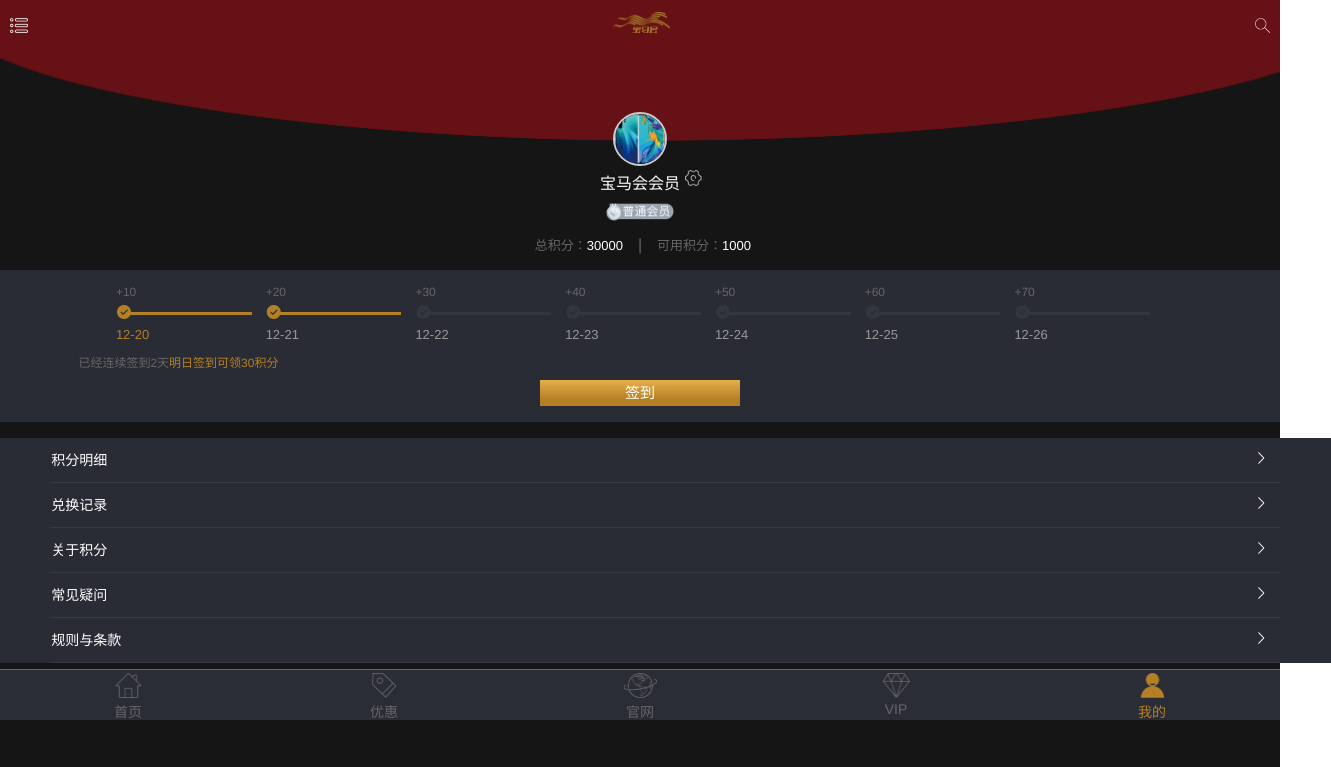
Repository: ada6688/IntegralMall
Page: /Member
The author's editor kept a copy of each file at every save. The page is drawn from the files as they stood at one save, then again after the next save.
The browser window is 1280 px wide. The page is 1331 px wide, then 1280 px, so the pictures cover 1331 px, including what lies to the right of the window. The pictures show the whole page.
The project was rebuilt for these pictures with package versions that can differ from the ones it lists, and the page was loaded fresh each time. Also part of the build but not shown: src/components/page/notice.vue, src/components/page/shouye.vue, src/components/page/Vip.vue, src/components/page/Youhui.vue, src/router/index.js.

Above is the page before, as saved 2020-01-04 19:11:12.

### index.html
<!DOCTYPE html>
<html>
  <head>
    <meta charset="utf-8">
    <meta name="viewport" content="width=device-width,initial-scale=1.0">
    <title>integralmall</title>
  </head>
  <body>
    <div id="app"></div>
    <!-- built files will be auto injected -->
  </body>
</html>

### src/main.js
// The Vue build version to load with the `import` command
// (runtime-only or standalone) has been set in webpack.base.conf with an alias.
import Vue from 'vue'
import App from './App'
import router from './router'
import ElementUI from 'element-ui'
import 'element-ui/lib/theme-chalk/index.css'
import {Cell, CellGroup, Tabbar, TabbarItem, PullRefresh, Stepper, Tab, Tabs, Button, Row, Col, Swipe, SwipeItem, Lazyload, List, Field, NavBar} from 'vant'
import '../src/assets/css/common.css'
import '../src/assets/css/index.css'
import 'swiper/dist/css/swiper.css'
import VueAwesomeSwiper from 'vue-awesome-swiper'
// import BScroll from 'better-scroll'

// Vue.use(BScroll)
Vue.use(VueAwesomeSwiper)
Vue.use(ElementUI)
Vue.use(Cell).use(CellGroup).use(Tabbar).use(TabbarItem).use(Stepper).use(PullRefresh).use(Tab).use(Tabs).use(Field).use(NavBar).use(Button).use(Row).use(Col).use(Swipe).use(SwipeItem).use(Lazyload).use(List)

Vue.config.productionTip = false

/* eslint-disable no-new */
new Vue({
  el: '#app',
  router,
  components: {
    App
  },
  template: '<App/>'
})
router.beforeEach((to, from, next) => {
  let str = '<p>个人中心</p>'
  if (to.meta.title) {
    document.getElementById('top-logo-change').innerHTML = to.meta.title
    if (to.meta.title === str) {
      document.getElementById('top-nav-right').innerHTML = '<img src="/static/topnav/kf.png" alt="搜索">'
    } else {
      document.getElementById('top-nav-right').innerHTML = '<img src="/static/topnav/ss.png" alt="搜索">'
    }
    // document.title = to.meta.title
  }
  next()
})

### src/App.vue
<template>
  <div id="app">
    <TopNav></TopNav>
    <router-view/>
    <BottomNav></BottomNav>
  </div>
</template>

<script>
import BottomNav from '@/components/common/Bottomnav'
import TopNav from '@/components/common/Topnav'
export default {
  name: 'App',
  components: {
    BottomNav,
    TopNav
  }
}
</script>

<style>
#app {
  font-family: 'Avenir', Helvetica, Arial, sans-serif;
  -webkit-font-smoothing: antialiased;
  -moz-osx-font-smoothing: grayscale;
  text-align: center;
  color: #2c3e50;
  background: #151515;
  height: 100vh;
}
</style>

### src/assets/css/common.css
body,p,ul{
  margin: 0;
  padding: 0;
}
li{
  list-style: none;
}
/* 顶部栏 */
.top-nav{
  width: 100%;
  height: 3rem;
  line-height: 3.5rem;
  background-color: #671116;
  position: fixed;
  top: 0;
  z-index: 99;
}
.top-nav-logo{
  color: #B58024;
}
.top-nav > div{
  display: inline-block;
  height: 100%;
}
.top-nav-left{
  float: left;
  margin-left: 10px;
}
.top-nav-right{
  float: right;
  margin-right: 10px;
}
.banner-item > img{
  width: 100%;
}
.swiper-container{
  height: 7.28rem;
}
.top-nav-t{
  color: #B58024;
}
/* 每个一级页面共有class */
.main-wrap{
  margin-top: 3rem;
  margin-bottom: 3.125rem;
  background: #151515;
}
/* 公告 */
.Notice-sign{
  width: 2rem;
  height: 100%;
  background: url('../images/topnav/lb.png') center no-repeat;
  float: left;
  box-shadow: 1px 0px 5px rgba(0,0,0,0.8);
}
.Notice-textBox {
  width: 100%;
  height: 1.3rem;
  line-height: 1.3rem;
  font-size: .5rem;
  color: #999999;
  background: #2A2D36;
  overflow: hidden;
  position: relative;
  text-align: left;
  z-index: 9;
}
.Notice-text {
  width: 100%;
  padding-left: 42px;
  position: absolute;
  bottom: 0;
}
.slide-enter-active, .slide-leave-active {
  transition: all 0.5s linear;
}
.slide-enter{
  transform: translateY(20px) scale(1);
  opacity: 1;
}
.slide-leave-to {
  transform: translateY(-20px) scale(0.8);
  opacity: 0;
}
/* 底部导航 */
.bottom-tab{
  width:100%;
  height:3.125rem;
  background-color:#2A2D36;
  border-top: 1px solid #656666;
  position: fixed;
  left:0px;
  bottom:0px;
}
.tab-item{
  width: 20%;
  float: left;
  align-items:center;
  justify-content:center;
  font-size:14px;
  color:#666;
  z-index: 999;
}
.NavSigh{
    width:33px;
    margin-top:3px;
}
.on{
  color:#b58023;
}

### src/assets/css/index.css
/****************** 首页商品 *****************/
.products-item{
  width: 46.9%;
  height: 100px;
  padding-right: 2.9%;
  border-right: 1px solid #161616;
  border-bottom: 1px solid #161616;
  background: #292C35;
  float: left;
}
.products-item-even{
  width: 46.9%;
  height: 100px;
  border-bottom: 1px solid #161616;
  background: #292C35;
  padding-left: 2.9%;
  float: left;
}
.product-item-text{
  width: 50%;
  height: 70px;
  color: #ffffff;
  margin-top: 15px;
  float: left;
  text-align: left;
}
.product-item-text p{
  height: 43px;
  font-size: 15px;
  margin-bottom: 5px;
  display: -webkit-box;/*作为弹性伸缩盒子模型显示*/
  -webkit-line-clamp: 2; /*显示的行数；如果要设置2行加...则设置为2*/
  overflow: hidden; /*超出的文本隐藏*/
  text-overflow: ellipsis; /* 溢出用省略号*/
  -webkit-box-orient: vertical;
}
.product-item-text span{
  color: #B58024;
  font-size: 13px;
}
.product-item-img{
  width: 12%;
  height: 100px;
  display: table-cell;
  vertical-align: middle;
  /* float: left; */
}
.product-item-img img{
  max-width: 100%;
}
/******************* 优惠 *******************/
.yh-wrap div{
  padding: 1rem 1rem 0 1rem;
}
.yh-wrap img{
  width: 100%;
}
/******************* VIP *******************/
.level-welfare-wrap, .level-require-wrap{
  padding-bottom: 20px;
}
.VipTop-level-sign{
  display: inline-block;
}
.VipTop-level-text{
  position: absolute;
  bottom: -5px;
}
.vip-level-wrap ul li{
  float: left;
  width: 33.33%;
  height: 79px;
}
.vip-level-wrap ul div{
  width: 34px;
  height: 34px;
  border: 1px solid #CCCCCC;
  border-radius: 17px;
  margin-bottom: 9px;
  display: inline-block;
  vertical-align: middle;
}
.vip-level-wrap ul img{
  margin-top: 7px;
}
.vip-level-wrap ul li>p{
  color: #CCCCCC;
  font-size: 13px;
}
.Vip-level-T{
  color: #ffffff;
  font-size: 16px;
  font-weight: bold;
  text-align: left;
  padding: 15px 0 10px 17px;
  background: #2A2C35;
}
.Vip-level-tips{
  color: #F5BF1B;
  font-size: 13px;
  text-align: left;
  padding: 15px 20px 10px 17px;
  background: #2A2C35;
}
.level-rules-wrap{
  color: #CCCCCC;
  font-size: 12px;
  background: #2A2C35;
  text-align: left;
  padding: 15px 17px 16px 17px;
  margin-bottom: 50px;
}
.level-rules-wrap span{
  font-size: 16px;
  color: #ffffff;
  display: inline-block;
  margin-bottom: 9px;
}
.level-rules-wrap p{
  line-height: 24px;
  /* margin-top: 5px; */
}
.level-rules-wrap p:last-child{
  margin-bottom: 10px;
}
/******************* 个人中心 *******************/
.member-person-info{
  padding-top: 9vh;
  margin-top: -1px;
  background: url('../images//member/member-bg.png') no-repeat;
  background-size: 100% 100%;
}
.member-half-circle{
  width: 111%;
  height: 31%;
  border-radius: 50%;
  position: fixed;
  top: -13%;
  background: #661115;
  left: -5.8%;
  z-index: -1;
}
.member-wrap{
  width: 100%;
}
.member-img > img{
  width: 7vh;
  height: 7vh;
  border-radius: 100%;
  border: 2px solid #CCCCCC;
}
.member-name{
  color: #ffffff;
  font-size: 16px;
  position: relative;
}
.member-name img{
  position: absolute;
  margin-left: 5px;
  bottom: 8px;
}
.member-level-sign{
  margin: 8px 0 10px 0;
}
.member-integral{
  text-align: center;
}
.member-integral-slice{
  display: inline-block;
  color: #666666;
  margin: 0 15px;
}
.member-integral span{
  font-size: 13px;
  color: #ffffff;
}
.member-integral p{
  font-size: 13px;
  color: #666666;
  display: inline-block;
}
.member-total{
  width: 42%;
  display: inline-block;
  text-align: right;
}
.member-useful{
  width: 42%;
  display: inline-block;
  text-align: left;
}
.member-signIn{
  background: #2A2C35;
  padding: 15px 1rem 1rem 1rem;
  margin: 16px 0;
}
.member-signIn-status-1{
  width: 12%;
  text-align: left;
  display: inline-block;
}
.member-signIn-in{
  color: #666666;
  font-size: 12px;
  margin-bottom: 5px;
}
.member-signIn-date{
  color: #999899;
  font-size: 13px;
  margin-top: 5px;
}
.member-signIn-date-active{
  color: #B58024;
  font-size: 13px;
  margin-top: 5px;
}
.el-icon-success{
  color: #34363D;
}
.member-signIn-line{
  width: 84%;
  height: 3px;
  display: inline-block;
  background: #34363D;
  margin: 0 -34px 3px -6px;
}
.member-signIn-icon-active{
  color: #B58024 !important;
}
.member-signIn-active{
  background: #B58024 !important;
}
.member-signIn-tips{
  font-size: 12px;
  text-align-last: justify;
  padding: 0 5%;
  margin-top: 10px;
}
.member-signIn-tips p{
  display: inline-block;
}
.member-signIn-tips p:first-child{
  color: #666666;
}
.member-signIn-tips p:last-child{
  color: #B58024;
}
.member-signIn-button{
  width:200px;
  height:26px;
  line-height: 26px;
  color: #ffffff;
  font-size: 15px;
  margin: 0 auto;
  background:linear-gradient(0deg,rgba(181,128,36,1) 26%,rgba(231,174,75,1) 100%);
  margin-top: 10px;
}
.member-more-detail{
  width: 96%;
  line-height: 44px;
  color: #ffffff;
  background: #2A2C35;
  padding: 0 4%;
}
.member-jifen,.member-duihuan,.member-guanyu,.member-yiwen,.member-guize{
  height: 44px;
  border-bottom: 1px solid #373B45;
}
.member-jifen-T{
  font-size: 14px;
  float: left;
  margin-right: 66%;
}
.el-icon-arrow-right{
  width: 7px;
  height: 7px;
  position: absolute;
  right: 20px;
  margin-top: 12px;
}

### src/components/common/Bottomnav.vue
<template>
  <div class="bottom-tab">
    <div class="tab-item" @click="switchTo('/shouye')">
      <img class="NavSigh" :src="'/shouye' === $route.path ? tabBarImgArr[0].selected : tabBarImgArr[0].normal" alt="首页">
      <p :class="{on: '/shouye' === $route.path}">首页</p>
    </div>
    <div class="tab-item" @click="switchTo('/Youhui')">
      <img class="NavSigh" :src="'/Youhui' === $route.path ? tabBarImgArr[1].selected : tabBarImgArr[1].normal" alt="推荐">
      <p :class="{on: '/Youhui' === $route.path}">优惠</p>
    </div>
    <div class="tab-item">
      <img class="NavSigh" :src="'/' === $route.path ? tabBarImgArr[2].selected : tabBarImgArr[2].normal" alt="搜索">
      <p :class="{on: '/' === $route.path}">官网</p>
    </div>
    <div class="tab-item" @click="switchTo('/Vip')">
      <img class="NavSigh" :src="'/Vip' === $route.path ? tabBarImgArr[3].selected : tabBarImgArr[3].normal" alt="聊天">
      <p :class="{on: '/Vip' === $route.path}">VIP</p>
    </div>
    <div class="tab-item" @click="switchTo('/Member')">
      <img class="NavSigh" :src="'/Member' === $route.path ? tabBarImgArr[4].selected : tabBarImgArr[4].normal" alt="我的">
      <p :class="{on: '/Member' === $route.path}">我的</p>
    </div>
  </div>
</template>
<script>
export default {
  data () {
    return {
      tabBarImgArr: [
        {normal: require('../../assets/images/navLogo/sy_x.png'), selected: require('../../assets/images/navLogo/sy.png')},
        {normal: require('../../assets/images/navLogo/yh_x.png'), selected: require('../../assets/images/navLogo/yh.png')},
        {normal: require('../../assets/images/navLogo/gw_x.png'), selected: require('../../assets/images/navLogo/gw.png')},
        {normal: require('../../assets/images/navLogo/zs_x.png'), selected: require('../../assets/images/navLogo/zs.png')},
        {normal: require('../../assets/images/navLogo/wd_x.png'), selected: require('../../assets/images/navLogo/wd.png')}
      ]
    }
  },
  methods: {
    switchTo (path) {
      this.$router.replace(path)
    }
  }
}
</script>
<style>

</style>

### src/components/common/Topnav.vue
<template>
  <div class="top-nav">
    <div class="top-nav-left">
      <img src="../../assets/images/topnav/cd.png" alt="菜单">
    </div>
    <div id="top-logo-change" class="top-nav-logo">
      <img src="../../assets/images/topnav/logo.png" alt="logo">
    </div>
    <div id="top-nav-right" class="top-nav-right">
      <img src="../../assets/images/topnav/ss.png" alt="搜索">
    </div>
  </div>
</template>
<script>
export default {
  data () {
    return {
      tabBarImgArr: [
        {normal: require('../../assets/images/topnav/logo.png')},
        {normal: require('../../assets/images/topnav/ss.png')},
        {normal: require('../../assets/images/topnav/cd.png')}
      ]
    }
  }
}
</script>
<style>

</style>

### src/components/page/Member.vue
<template>
  <div class="main-wrap">
    <div class="member-wrap">
    <!-- <div class="member-half-circle"></div> -->
      <!-- 会员信息 -->
      <div class="member-person-info">
        <!-- 会员头像 -->
        <div class="member-img">
          <img src="../../assets/images/products/hw.png" alt="">
        </div>
        <!-- 会员名称与设置图标 -->
        <p class="member-name">
          <span>宝马会会员</span>
          <img src="../../assets/images/member/sz.png" alt="">
        </p>
        <!-- 会员等级图标 -->
        <div class="member-level-sign">
          <img src="../../assets/images/member/pt.png" alt="">
        </div>
        <div class="member-integral">
          <div class="member-total">
            <p>总积分：</p>
            <span>30000</span>
          </div>
          <div class="member-integral-slice">|</div>
          <div class="member-useful">
            <p>可用积分：</p>
            <span>1000</span>
          </div>
        </div>
      </div>
      <!-- 签到 -->
      <div class="member-signIn">
        <div class="member-signIn-status">
          <!-- 签到进度条 -->
          <div class="member-signIn-status-1">
            <p class="member-signIn-in">+10</p>
            <i class="el-icon-success member-signIn-icon-active"></i>
            <span class="member-signIn-line member-signIn-active"></span>
            <p class="member-signIn-date-active">12-20</p>
          </div>
          <div class="member-signIn-status-1">
            <p class="member-signIn-in">+20</p>
            <i class="el-icon-success member-signIn-icon-active"></i>
            <span class="member-signIn-line member-signIn-active"></span>
            <p class="member-signIn-date">12-21</p>
          </div>
          <div class="member-signIn-status-1">
            <p class="member-signIn-in">+30</p>
            <i class="el-icon-success"></i>
            <span class="member-signIn-line"></span>
            <p class="member-signIn-date">12-22</p>
          </div>
          <div class="member-signIn-status-1">
            <p class="member-signIn-in">+40</p>
            <i class="el-icon-success"></i>
            <span class="member-signIn-line"></span>
            <p class="member-signIn-date">12-23</p>
          </div>
          <div class="member-signIn-status-1">
            <p class="member-signIn-in">+50</p>
            <i class="el-icon-success"></i>
            <span class="member-signIn-line"></span>
            <p class="member-signIn-date">12-24</p>
          </div>
          <div class="member-signIn-status-1">
            <p class="member-signIn-in">+60</p>
            <i class="el-icon-success"></i>
            <span class="member-signIn-line"></span>
            <p class="member-signIn-date">12-25</p>
          </div>
          <div class="member-signIn-status-1">
            <p class="member-signIn-in">+70</p>
            <i class="el-icon-success"></i>
            <span class="member-signIn-line"></span>
            <p class="member-signIn-date">12-26</p>
          </div>
          <div class="member-signIn-tips">
            <p>已经连续签到2天</p>
            <p>明日签到可领30积分</p>
          </div>
          <!-- 签到按钮 -->
          <div class="member-signIn-button">签到</div>
        </div>
      </div>
      <!-- 积分明细，兑换记录，积分详情疑问规则等 -->
      <div class="member-more-detail">
        <div class="member-jifen">
          <div  class="member-jifen-T">积分明细</div>
          <i class="el-icon-arrow-right"></i>
        </div>
        <div class="member-duihuan">
          <div  class="member-jifen-T">兑换记录</div>
          <i class="el-icon-arrow-right"></i>
        </div>
        <div class="member-guanyu">
          <div  class="member-jifen-T">关于积分</div>
          <i class="el-icon-arrow-right"></i>
        </div>
        <div class="member-yiwen">
          <div  class="member-jifen-T">常见疑问</div>
          <i class="el-icon-arrow-right"></i>
        </div>
        <div class="member-guize">
          <div  class="member-jifen-T">规则与条款</div>
          <i class="el-icon-arrow-right"></i>
        </div>
      </div>
    </div>
  </div>
</template>
<script>
export default {
  name: 'App',
  components: {
  },
  data () {
    return {
      active: 0
    }
  }
}
</script>
<style>

</style>

After the next save:
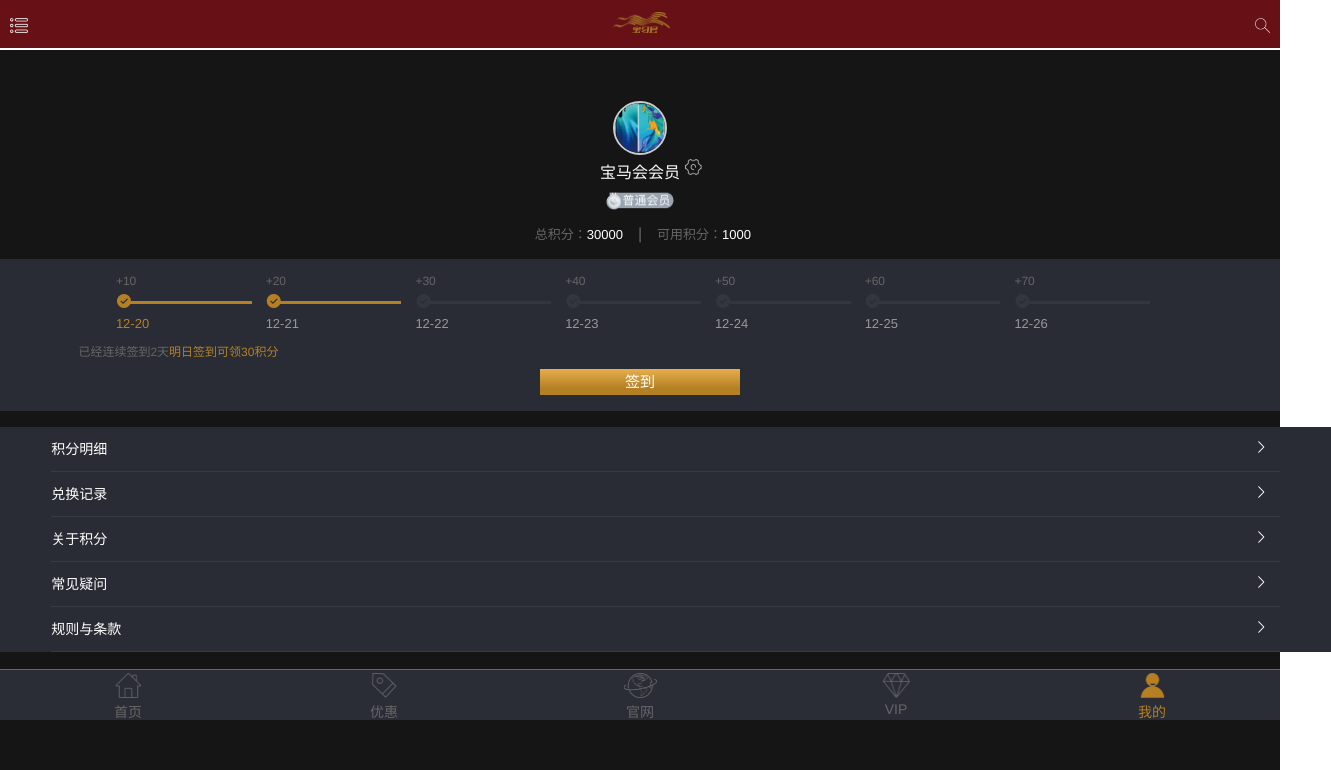
Saved 3 min 40 s later.
--- a/src/assets/css/index.css
+++ b/src/assets/css/index.css
@@ -124,12 +124,6 @@
   margin-bottom: 10px;
 }
 /******************* 个人中心 *******************/
-.member-person-info{
-  padding-top: 9vh;
-  margin-top: -1px;
-  background: url('../images//member/member-bg.png') no-repeat;
-  background-size: 100% 100%;
-}
 .member-half-circle{
   width: 111%;
   height: 31%;
@@ -142,6 +136,8 @@
 }
 .member-wrap{
   width: 100%;
+  position: fixed;
+  top: 14%;
 }
 .member-img > img{
   width: 7vh;
